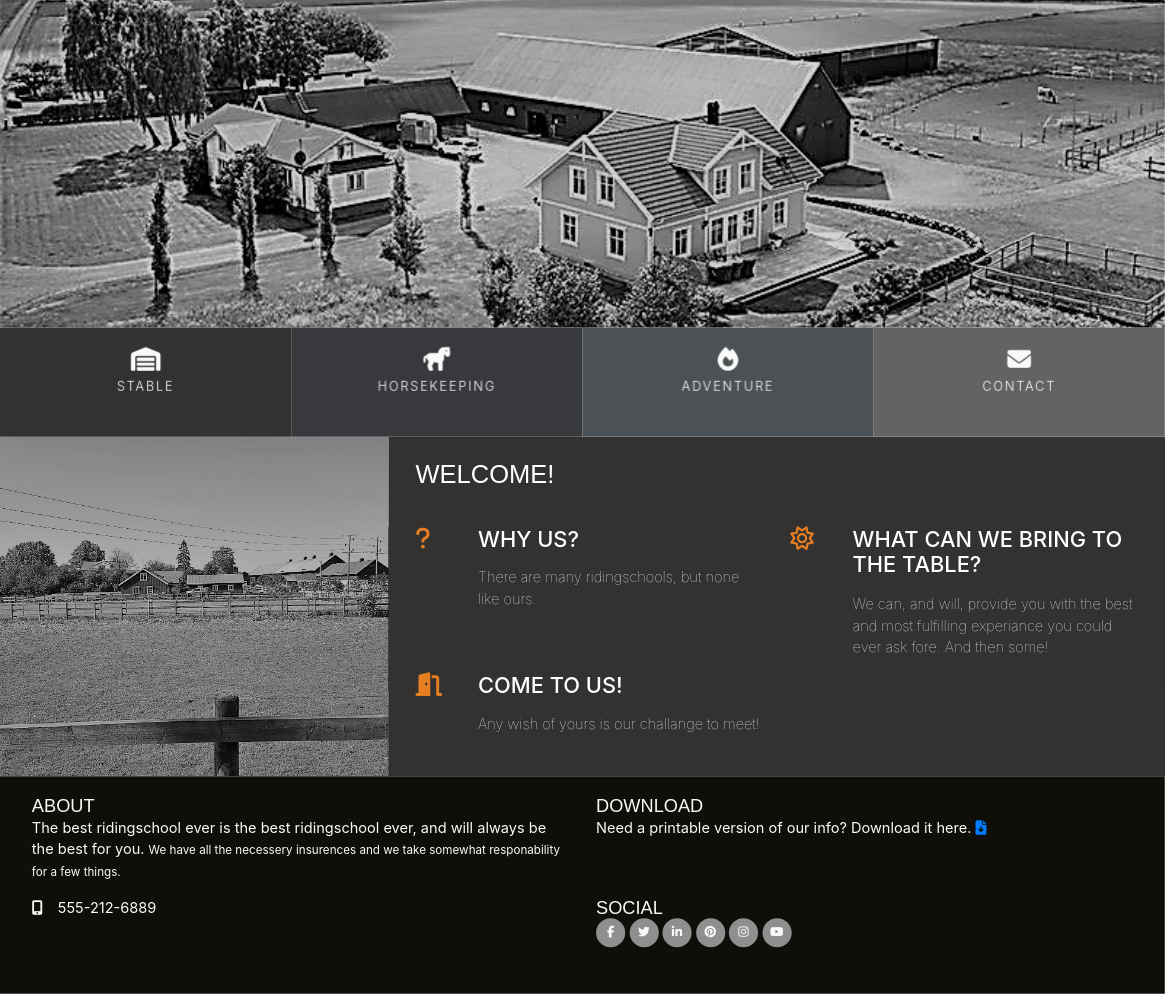
Repository: Jadehammar/frontendmilestone
Page: stable.html
The author's editor kept a record of every edit. The page is drawn from the files as they stood at one moment, then again after the next edit.
The browser window is 1280 px wide. The pictures show the whole page, at 91% of full size.
Backgrounds fixed to the window are drawn as part of the page. Some web libraries are served in a nearby version.

Above is the page before.

### stable.html
<!DOCTYPE html>
<html lang="en">

<head>
    <meta charset="UTF-8">
    <meta name="viewport" content="width=device-width, initial-scale=1.0">
    <meta http-equiv="X-UA-Compatible" content="ie=edge">
    <link rel="stylesheet" href="https://stackpath.bootstrapcdn.com/font-awesome/4.7.0/css/font-awesome.min.css" type="text/css" />
    <link rel="stylesheet" href="https://cdnjs.cloudflare.com/ajax/libs/hover.css/2.3.1/css/hover-min.css" type="text/css" />
    <link rel="stylesheet" href="https://stackpath.bootstrapcdn.com/bootstrap/4.3.1/css/bootstrap.min.css" type="text/css" />
    <link rel="stylesheet" href="assets/css/style.css" type="text/css" />
    <title>Ridingschool, stable</title>
</head>

<body>
    <header>
        <div class="row no-gutters">
            <a href="stable.html" class="col-12 logo"></a>
            <div class="col-md-12">
                <div class="row no-gutters">
                    <div class="col">
                        <ul id="nav" class="list-inline menucontainer">
                            <li class="col-6 col-sm-3 ui-menue-color-home list-inline-item menueitem">
                                <a href="stable.html" class="hvr-bounce-to-bottom"><i class="fa fa-warehouse" aria-hidden="true"></i><span>Stable</span></a>
                            </li>
                            <li class="col-6 col-sm-3 ui-menue-color-resume list-inline-item menueitem">
                                <a href="horsekeeping.html" class="hvr-bounce-to-bottom"><i class="fa fa-horse" aria-hidden="true"></i><span>Horsekeeping</span></a>
                            </li>
                            <li class="col-6 col-sm-3 ui-menue-color-contact list-inline-item menueitem">
                                <a href="adventure.html" class="hvr-bounce-to-bottom"><i class="fa fa-fire" aria-hidden="true"></i><span>Adventure</span></a>
                            </li>
                            <li class="col-6 col-sm-3 ui-menue-color-download list-inline-item menueitem">
                                <a href="contact.html" class="hvr-bounce-to-bottom"><i class="fa fa-envelope" aria-hidden="true"></i><span>contact</span></a>
                            </li>

                        </ul>
                    </div>
                </div>
            </div>
        </div>
    </header>
    <section class="container-fluid">
        <div class="row">
            <div class="col-md-4 bg-color-personal-info section-column logo-stable">
                <div class="row">
                    <div class="col-12">
                    </div>
                </div>
            </div>
            <div class="col-md-8 bg-color-three-reasons section-column">
                <div class="row">
                    <div class="col">
                        <h3 class="section-heading uppercase">Welcome!</h3>
                    </div>
                </div>
                <div class="row">
                    <div class="col-10 offset-1 offset-sm-0 col-sm-4 col-md-6">
                        <div class="row">
                            <div class="col-2">
                                <i class="three-reasons-icon fa fa-question" aria-hidden="true"></i>
                            </div>
                            <div class="col-10">
                                <h4 class="three-reasons-heading uppercase">Why us?</h4>
                                <p>
                                    There are many ridingschools, but none like ours.
                                </p>
                            </div>
                        </div>
                    </div>
                    <div class="col-10 offset-1 offset-sm-0 col-sm-4 col-md-6">
                        <div class="row">
                            <div class="col-2">
                                <i class="three-reasons-icon far fa-sun" aria-hidden="true"></i>
                            </div>
                            <div class="col-10">
                                <h4 class="three-reasons-heading uppercase">What can we bring to the table?</h4>
                                <p>
                                    We can, and will, provide you with the best and most fulfilling experiance you could ever ask fore. And then some!
                                </p>
                            </div>
                        </div>
                    </div>
                    <div class="col-10 offset-1 offset-sm-0 col-sm-4 col-md-6">
                        <div class="row">
                            <div class="col-2">
                                <i class="three-reasons-icon fa fa-door-open" aria-hidden="true"></i>
                            </div>
                            <div class="col-10">
                                <h4 class="three-reasons-heading uppercase">Come to us!</h4>
                                <p>
                                    Any wish of yours is our challange to meet!
                                </p>
                            </div>
                        </div>
                    </div>
                </div>
            </div>
    </section>
<footer class="container-fluid">
    <div id="footer-details" class="row">
        <div class="col-sm-6">
            <h5 class="uppercase general-sub">About</h5>
            <p class="inline-block">
                The best ridingschool ever is the best ridingschool ever, and will always be the best for you.
                <small>We have all the necessery insurences and we take somewhat responability for a few things.</small>
            </p>
        </div>
        <div class="col-sm-6">
            <h5 class="uppercase general-sub">Download</h5>
            <p class="inline-block">
                Need a printable version of our info? Download it here.
                <a href="assets/info.pdf" taraget="_blank" class="info-pdf">
                        <i class="fas fa-file-download" aria-hidden="true"></i>
                        <span class="sr-only">Download link.</span>
                    </a>
            </p>
        </div>
        <div class="col-sm-6">
            <i class="fa fa-mobile" aria-hidden="true" style="padding-right: 12px;"></i>
            <p class="inline-block"> 555-212-6889
                <span class="sr-only">Phone.</span>
                </a>
            </p>
        </div>
        <div class="col-sm-4">
            <h5 class="uppercase general-sub">social</h5>
            <ul class="list-inline social-links">
                <li class="list-inline-item">
                    <a target="_blank" href="#">
                            <i class="fab fa-facebook-f" aria-hidden="true"></i>
                            <span class="sr-only">Facebook</span>
                        </a>
                </li>
                <li class="list-inline-item">
                    <a target="_blank" href="#">
                            <i class="fab fa-twitter" aria-hidden="true"></i>
                            <span class="sr-only">Twitter</span>
                        </a>
                </li>
                <li class="list-inline-item">
                    <a target="_blank" href="#">
                            <i class="fab fa-linkedin-in" aria-hidden="true"></i>
                            <span class="sr-only">LinkedIn</span>
                        </a>
                </li>
                <li class="list-inline-item">
                    <a target="_blank" href="#">
                            <i class="fab fa-pinterest" aria-hidden="true"></i>
                            <span class="sr-only">Pinterest</span>
                        </a>
                </li>
                <li class="list-inline-item">
                    <a target="_blank" href="#">
                            <i class="fab fa-instagram" aria-hidden="true"></i>
                            <span class="sr-only">Instagram</span>
                        </a>
                </li>
                <li class="list-inline-item">
                    <a target="_blank" href="#">
                            <i class="fab fa-youtube" aria-hidden="true"></i>
                            <span class="sr-only">YouTube</span>
                        </a>
                </li>
            </ul>
        </div>
    </div>
</footer>
    <script src="https://kit.fontawesome.com/d636ceede3.js"></script>
</body>

</html>

### assets/css/style.css
@import url('https://fonts.googleapis.com/css?family=Roboto:100,200,300,400,500,600,700│exo:100,200,300,400,500,600,700');

/*---------------------------------------------color-------------------------------------*/

.container-wrapper {
    background-color: #38393c;
    color: white;
}

.container-wrapper--red {
    background-color: #4b5154;
    color: white;
}

.feature {
    color: #fff;
}

.bg-color-name-title {
    background-color: #676767;
}

.bg-color-three-reasons {
    background-color: #333230;
    color: #fff;
    font-weight: 100;
}

.bg-color-personal-info {
    background-color: #f4f4f4;
}

.ui-menue-color-home {
    background-color: #333230;

}

.ui-menue-color-resume {
    background-color: #38393c;

}

.ui-menue-color-contact {
    background-color: #4b5154;

}

.ui-menue-color-download {
    background-color: #4e4e4ee0;

}

.bg-color-work-history {
    background-color: #646464;
}

.bg-color-contact {
    background-color: #646464;

}

/*---------------------------------------------Special padding/margins/text-------------------------------------*/

h1,
h2,
h3,
h4,
h5 {
    margin: 0;
}

.uppercase {
    text-transform: uppercase;
    color: #fff;
}

.general-sub {
    font-family: "Exo", sans-serif;
    font-weight: 200;
    color: #fafafa;
}

.inline-block {
    display: inline-block;
}

.row-table {
    display: table;
}

.section-column {
    display: table-cell;
    padding: 0 30px 30px;
    float: none;
}

.history-heading,
.section-heading {
    font-family: "Exo", sans-serif;
    font-weight: 200;
    margin-bottom: 40px;
    margin-top: 25px;
}

/*---------------------------------------------Heading-------------------------------------*/

header {
    margin: 0;
}

.heading {
    margin-left: 50px;

}

.logo-stable {
    background: url("../images/gård på avstånd.jpg");
    background-position: center;
    background-repeat: no-repeat;
    background-size: cover;
    min-height: 360px;
    transition: all .75s ease-in-out;
    -moz-transition: all .75s ease-in-out;
    -webkit-transition: all .75s ease-in-out;
    -o-transition: all .75s ease-in-out;
}

.logo {
    background: url("../images/Varberg-intro-800x418_bw.jpg.jpg") no-repeat bottom right fixed;
    background-position: center;
    background-repeat: no-repeat;
    background-size: cover;
    min-height: 360px;
    transition: all .75s ease-in-out;
    -moz-transition: all .75s ease-in-out;
    -webkit-transition: all .75s ease-in-out;
    -o-transition: all .75s ease-in-out;
}

.name {
    font-family: "Exo" sans-serif;
    font-weight: 100;
    font-size: 46px;
    margin-top: 50px;
    color: #fff;
}

.title {
    font-family: "Roboto" sans-serif;
    font-weight: 200;
    font-size: 28px;
    margin-top: 20px;
    margin-bottom: 90px;
    color: #fff;
}

.list-inline-item:not(:last-child) {
    margin: 0;
}

.menucontainer {
    font-size: 0;
}

#nav li {
    font-size: 14px;
    padding: 0;
}

#nav {
    margin: 0;
}

.menueitem {
    height: 120px;
    text-align: center;
    padding: 0;
}

.menueitem a {
    width: 100%;
    text-decoration: none;
    color: #fff;
    height: 120px;
}

.menueitem a i {
    padding-top: 22px;
    display: block;
    color: #fafafa;
    font-size: 26px;
}

.menueitem span {
    display: block;
    width: 100%;
    padding-top: 5px;
    text-align: center;
    text-transform: uppercase;
    font-size: 14px;
    font-weight: 300;
    letter-spacing: 2px;
}


/*---------------------------------------------Hover.css-------------------------------------*/

.hvr-bounce-to-bottom:before {
    background: rgba(0, 0, 0, 0.2);
    height: 120px;
}

/*---------------------------------------------Footer-------------------------------------*/

footer {
    background-color: #100e08;
    color: #fafafa;
    min-height: 120px;
    margin: 0;
}

.cv-info i {
    font-size: 18px;
    color: #fff;
    text-align: center;
    padding-left: 5px;
    transition: all 0.35s ease-in-out;
    -moz-transition: all 0.35s ease-in-out;
    -webkit-transition: all 0.35s ease-in-out;
    -o-transition: all 0.35 ease-in-out;
}

.cv-info i:hover {
    color: #29ca4d;
    font-size: 19px;
}

.social-links {
    padding-bottom: 15px;
}


.social-links li a i {
    width: 32px;
    height: 32px;
    padding: 12px 0;
    border-radius: 50%;
    font-size: 13px;
    line-height: 7px;
    text-align: center;
    color: #fafafa;
    background: #8f8f8f;
    transition: all 0.35s ease-in-out;
    -moz-transition: all 0.35s ease-in-out;
    -webkit-transition: all 0.35s ease-in-out;
    -o-transition: all 0.35 ease-in-out;
}

.social-links li a i:hover {
    background: #e84610;
}

#footer-details {
    padding: 20px;
}

/*---------------------------------------------Three reasons-------------------------------------*/

.three-reasons-icon {
    font-size: 26px;
    color: #e67e22;
}

.three-reasons-heading {
    margin-bottom: 15px;
}

/*---------------------------------------------Personal info-------------------------------------*/

.personal-info-item {
    margin-bottom: 20px;
    display: block;
    clear: both;

}

.personal-info-item .key,
.personal-info-item .value {
    padding-right: 8px;
    display: inline-block;
}

.personal-info-item .key p,
.personal-info-item .value p {
    margin: 0;
}

.personal-info-item .key {
    width: 30%;
    margin-right: 21px;
    padding-top: 2px;
    vertical-align: top;

}

.personal-info-item .key p {
    font-weight: 700;
}

.personal-info-item .value {
    position: relative;
    width: 60%;

}

/*---------------------------------------------Contact-form-------------------------------------*/

.contact-heading {
    font-family: "Exo", sans-serif;
    font-weight: 300;
    margin-top: 25px;
    margin-bottom: 20px;
    color: #fff;
}

.center-form {
    padding-top: 10px;
    margin: 0 auto;
    max-width: 70%;
}

button [type="submit"] {
    margin: 20px 20px 20px 20px;
    background-color: #e84610;
}

.btn-secondary {
    margin: 20px;
    background-color: #363a3e;
    border-color: #6a6a6b;
}


/*---------------------------------------------Media-query-------------------------------------*/

@media(min-width: 992px) {
    .center-form {
        padding-top: 30px;
        min-height: 240;
        margin: 0 auto;
        max-width: 50%;
    }
}

After the next edit:
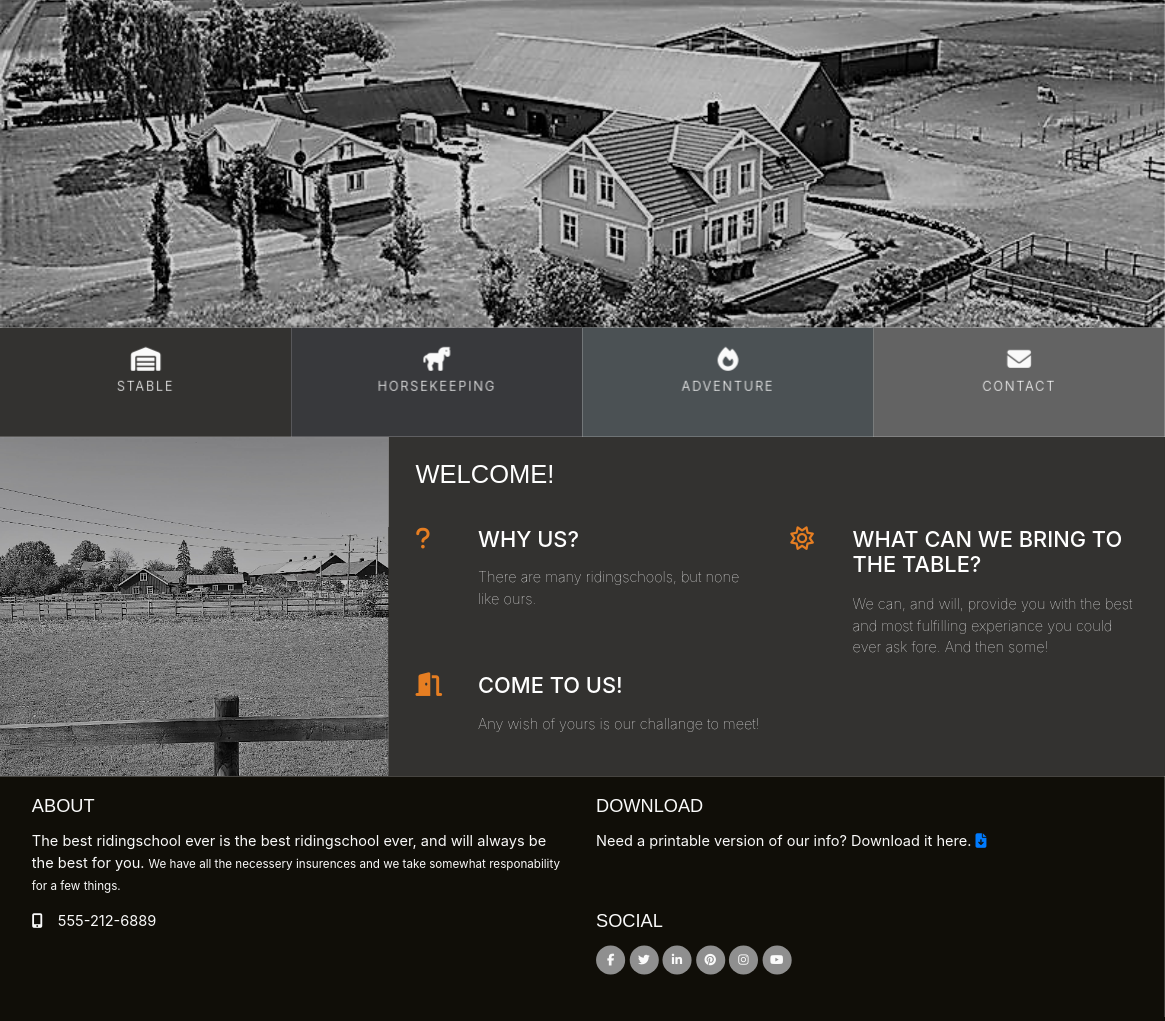
The edit:
--- a/assets/css/style.css
+++ b/assets/css/style.css
@@ -78,6 +78,7 @@
     font-family: "Exo", sans-serif;
     font-weight: 200;
     color: #fafafa;
+    padding-bottom: 15px;
 }
 
 .inline-block {
